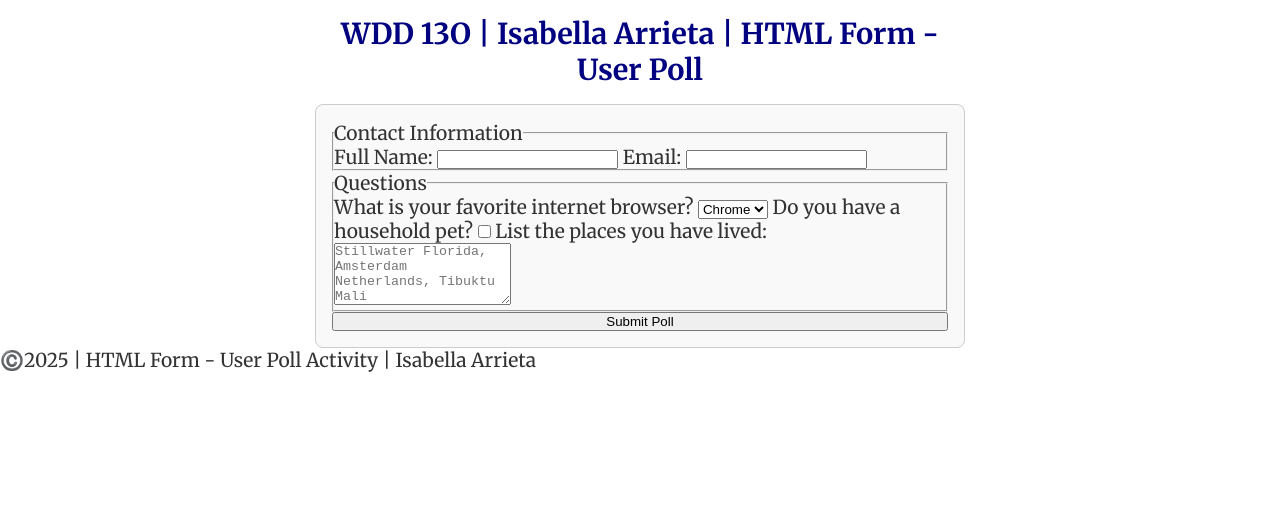
Repository: isaAJ05/wdd130
Page: week05/poll-form.html
The author's editor kept a copy of each file at every save. The page is drawn from the files as they stood at one save, then again after a run of saves.
The browser window is 1280 px wide. The pictures show the whole page.

Above is the page before, as saved 2025-06-14 18:36:35.

After the next 3 saves:
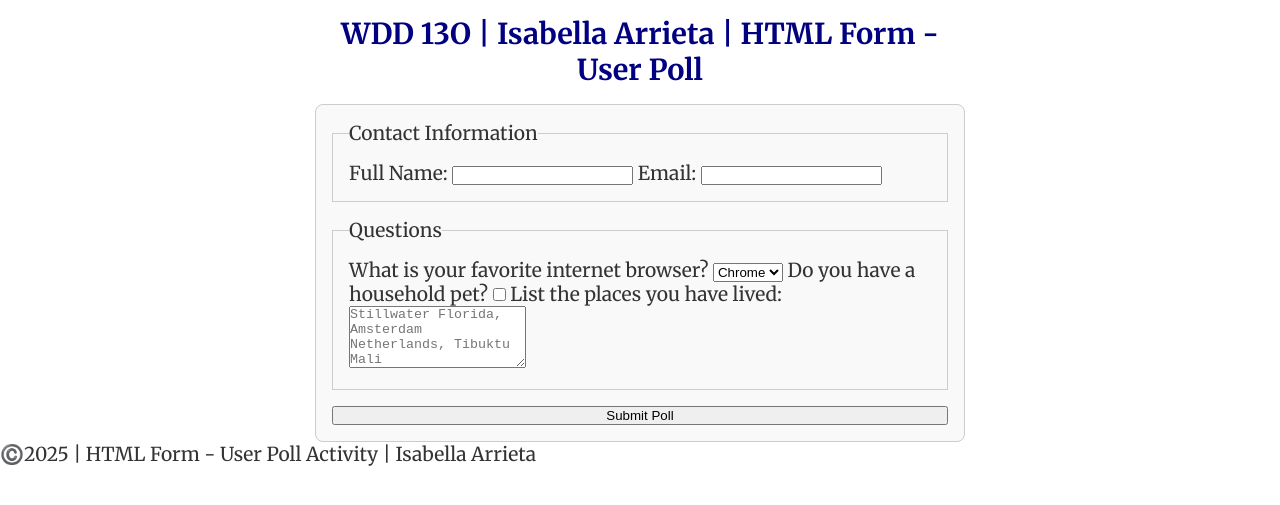
The 3 saves are shown as one change because they came seconds apart.
The last was saved 23 s later.
--- a/week05/styles/poll-form.css
+++ b/week05/styles/poll-form.css
@@ -28,3 +28,8 @@ form {
     background-color: #f9f9f9;
     display: grid;
 }
+fieldset {
+    border: 1px solid #ccc;
+    padding: 1rem;
+    margin-bottom: 1rem;
+}
